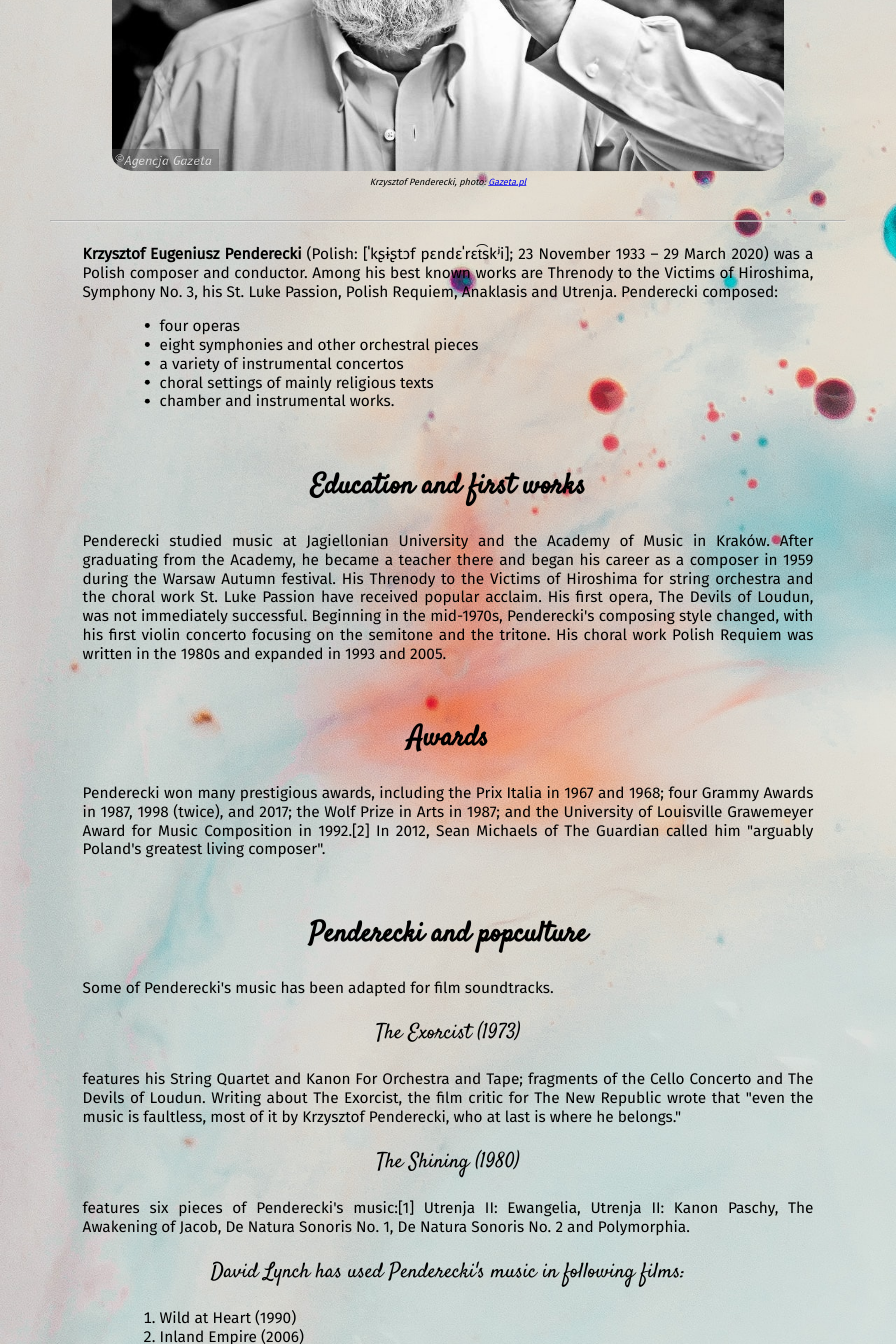
Repository: justynke/tribute_page
Page: index.html
These files come from the project's save history. The page is drawn as it stood at one moment and after the next save; the edit follows.
The browser window is 1280 px wide. The pictures show the part of the page from y = 621 to 2541 px (the page is 3622 px tall before and 3618 px after), at 70% of full size.

Above is the page before, as saved 2020-04-23 21:40:43.

### index.html
<!DOCTYPE html>
<html lang = "pl-PL">
<head>
    <link href="https://fonts.googleapis.com/css2?family=Satisfy&display=swap" rel="stylesheet">
    <link href="https://fonts.googleapis.com/css2?family=Fira+Sans&display=swap" rel="stylesheet">

    <link rel="stylesheet" type="text/css" href="styles.css">
    <title>Krzysztof Penderecki Tribute Page</title>
</head>
<body id = "main">
    <div id = "nav">
        <div id = "edu""><div>Education</div></div>
        <div id = "pop">Popculture</div>
        <div id = "priv"><a href = "#private">Private life</a></div>
    </div>
    <h1 id = "title">Welcome to Krzysztof Penderecki Tribute Page</h1>
    <div id = "img-div">
        <figure>
            <img id = "image" src = "images/penderecki_01.jpg" alt = "Krzysztof Penderecki">
            <figcaption>Krzysztof Penderecki, photo: <a href = "http://gazeta.pl">Gazeta.pl</a></figcaption>
        </figure>
    </div>

    <hr>
<div id = "tribute-info">
    <p>
        <b>Krzysztof Eugeniusz Penderecki</b> (Polish: [ˈkʂɨʂtɔf pɛndɛˈrɛt͡skʲi]; 23 November 1933 – 29 March 2020) was a Polish composer and conductor. Among his best known works are Threnody to the Victims of Hiroshima, Symphony No. 3, his St. Luke Passion, Polish Requiem, Anaklasis and Utrenja. Penderecki composed:
        <ul>
            <li>four operas</li>
            <li>eight symphonies and other orchestral pieces</li>
            <li>a variety of instrumental concertos</li>
            <li>choral settings of mainly religious texts</li>
            <li>chamber and instrumental works.</li>
        </ul>
    </p>

    <h2>Education and first works</h2>
    <p>Penderecki studied music at Jagiellonian University and the Academy of Music in Kraków. After graduating from the Academy, he became a teacher there and began his career as a composer in 1959 during the Warsaw Autumn festival. His Threnody to the Victims of Hiroshima for string orchestra and the choral work St. Luke Passion have received popular acclaim. His first opera, The Devils of Loudun, was not immediately successful. Beginning in the mid-1970s, Penderecki's composing style changed, with his first violin concerto focusing on the semitone and the tritone. His choral work Polish Requiem was written in the 1980s and expanded in 1993 and 2005.</p>

    <h2>Awards</h2>
    <p>Penderecki won many prestigious awards, including the Prix Italia in 1967 and 1968; four Grammy Awards in 1987, 1998 (twice), and 2017; the Wolf Prize in Arts in 1987; and the University of Louisville Grawemeyer Award for Music Composition in 1992.[2] In 2012, Sean Michaels of The Guardian called him "arguably Poland's greatest living composer".</p>

<h2>Penderecki and popculture</h2>
<p>Some of Penderecki's music has been adapted for film soundtracks.</p>
    <h3>The Exorcist (1973)</h3>
    <p>features his String Quartet and Kanon For Orchestra and Tape; fragments of the Cello Concerto and The Devils of Loudun. Writing about The Exorcist, the film critic for The New Republic wrote that "even the music is faultless, most of it by Krzysztof Penderecki, who at last is where he belongs."</p>
    <h3>The Shining (1980)</h3>
    <p> features six pieces of Penderecki's music:[1] Utrenja II: Ewangelia, Utrenja II: Kanon Paschy, The Awakening of Jacob, De Natura Sonoris No. 1, De Natura Sonoris No. 2 and Polymorphia.</p>
    <h3>David Lynch has used Penderecki's music in following films:</h3>
    <ol>
        <li>Wild at Heart (1990)</li>
        <li>Inland Empire (2006)</li>
        <li>TV series Twin Peaks (2017)</li>
    </ol>
    <h3>Fearless (1993) by Peter Weir</h3>
    <p>Rhe piece Polymorphia was once again used here for an intense plane crash scene, seen from the point of view of the passenger played by Jeff Bridges. </p>

    <h3>Children of Men (2006)</h3>
     <p>Threnody for the Victims of Hiroshima was also used during one of the final sequences in the film. Penderecki composed music for Andrzej Wajda's 2007 Academy Award nominated film Katyń, while Martin Scorsese's Shutter Island (2010) featured his Symphony No. 3 and Fluorescences.

        <h3>Popular music</h3>
    <p>Some of Penderecki's oeuvre inspired Jonny Greenwood of Radiohead to release an album, which thereafter appeared in his score for There Will Be Blood, a 2007 Paul Thomas Anderson film.</p>

    <h2 id = "private">Private life</h2>
    <p>Penderecki had three children, first a daughter Beata with pianist Barbara Penderecka (née Graca; married 1954, then divorced). He then had a son Łukasz (b. 1966) and daughter Dominika (b. 1971) with his second wife, Elżbieta Penderecka (née Solecka), whom he married on 19 December 1965. He lived in the Kraków suburb of Wola Justowska.</p>

    <h2>More information</h2>
        <p>You can easily gain more information about Krzysztof Penderecki on the Internet. The first source you can use is of course <a href = "https://en.wikipedia.org/wiki/Krzysztof_Penderecki" target="_blank" id = "tribute-link">Wikipedia.</a> Feel free to read a little bit more about him and maybe to enjoy his contemporary music?</p>
    </div>


</body>
</html>

### styles.css
body {
    background-image: url(images/background.jpg);
}

h1 {
    text-align: center;
    font-family: Satisfy;
    font-size: 52px;
    margin-bottom: 0.8em;
}

h2 {
    font-family: Satisfy;
    font-size: 40px;
    margin-top: 2em;
    text-align: center;
}

h3 {
    font-family: Satisfy;
    font-size: 30px;
    text-align: center;
    font-weight: 250;
}

#img-div {
    display: flex;
    justify-content: space-around;
    height: 20%;
    max-height 20vw;
}

#image {
    width: auto;
    height: auto;
    filter: gray; /* IE6-9 */
    -webkit-filter: grayscale(1); /* Google Chrome, Safari 6+ & Opera 15+ */
    filter: grayscale(1);
    border-style: solid;
    border-color: transparent;
    border-radius: 4%;


}


#image:hover {
    filter: grayscale(0);
}

figcaption {
    font-family: 'Fira Sans', sans-serif;;
    text-align: center;
    font-style: italic;
    font-size: small;
    font-weight: 100;
}


hr {
    margin-top: 2em;
    margin-bottom: 2em;
    margin-left: 4em;
    margin-right: 4em;
}

p {
    padding-left: 5em;
    padding-right: 5em;
    font-family: 'Fira Sans', sans-serif;
    font-size: 22px;
    text-align: justify;
}

ul {
    padding-left: 10em;
    font-family: 'Fira Sans', sans-serif;
    font-size: 22px;
}

ol {
    padding-left: 10em;
    font-family: 'Fira Sans', sans-serif;
    font-size: 22px;
}

#nav {
    display: flex;
    justify-content: space-evenly;
    width: 90%;
    height: 3em;
}

#edu {
    display: flex;
    background-color: #c7928b;
    flex-grow: 1;
    text-align: center;
    align-items: center;
    justify-items: center;
}

#pop {
    flex-grow: 1;
    text-align: center;
}

#priv {
    flex-grow: 1;
    text-align: center;
}

After the next save:
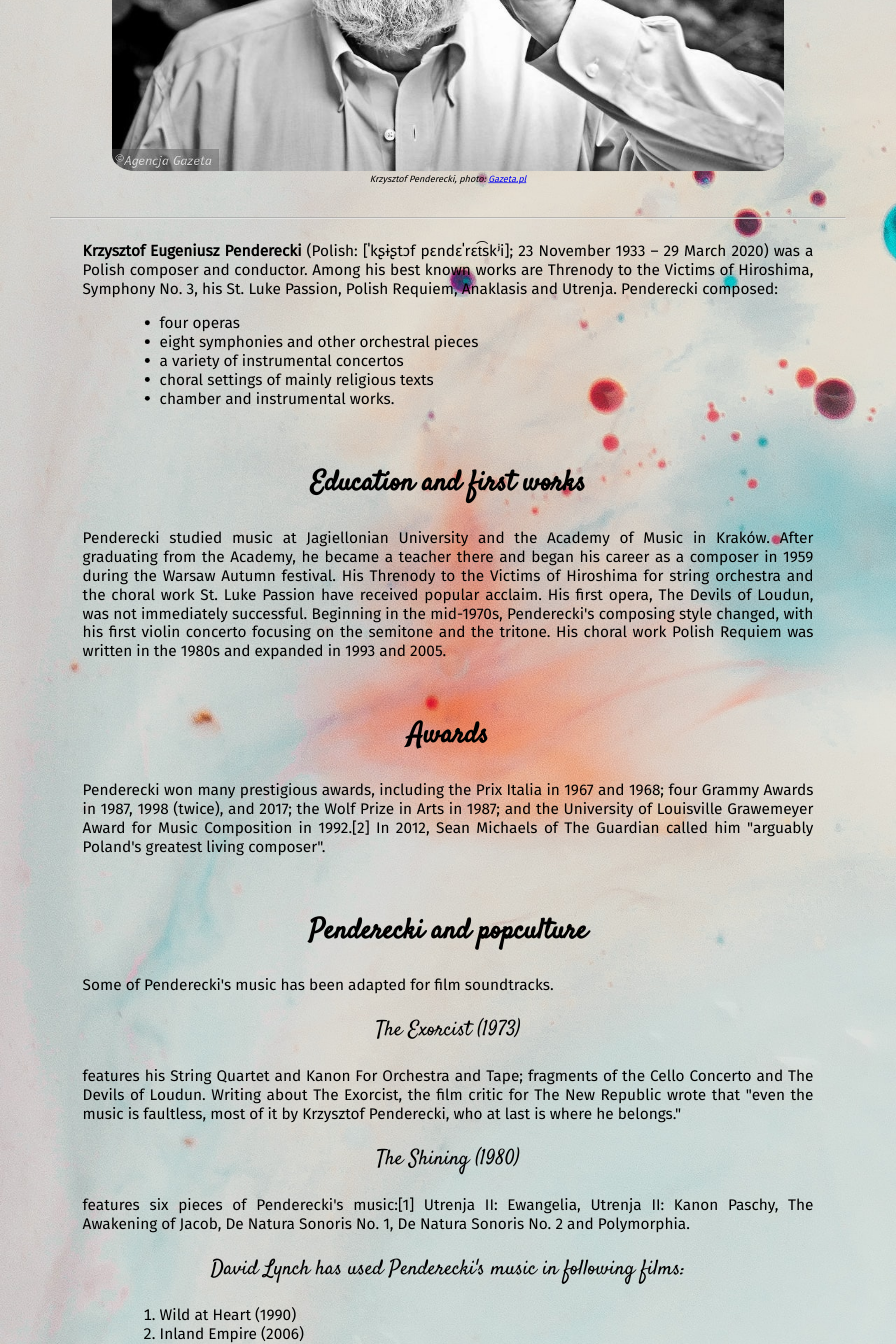
Saved 25 s later.
--- a/styles.css
+++ b/styles.css
@@ -39,8 +39,9 @@
     border-style: solid;
     border-color: transparent;
     border-radius: 4%;
-
-
+    display: block;
+    position: relative;
+    margin: auto;
 }
 
 
